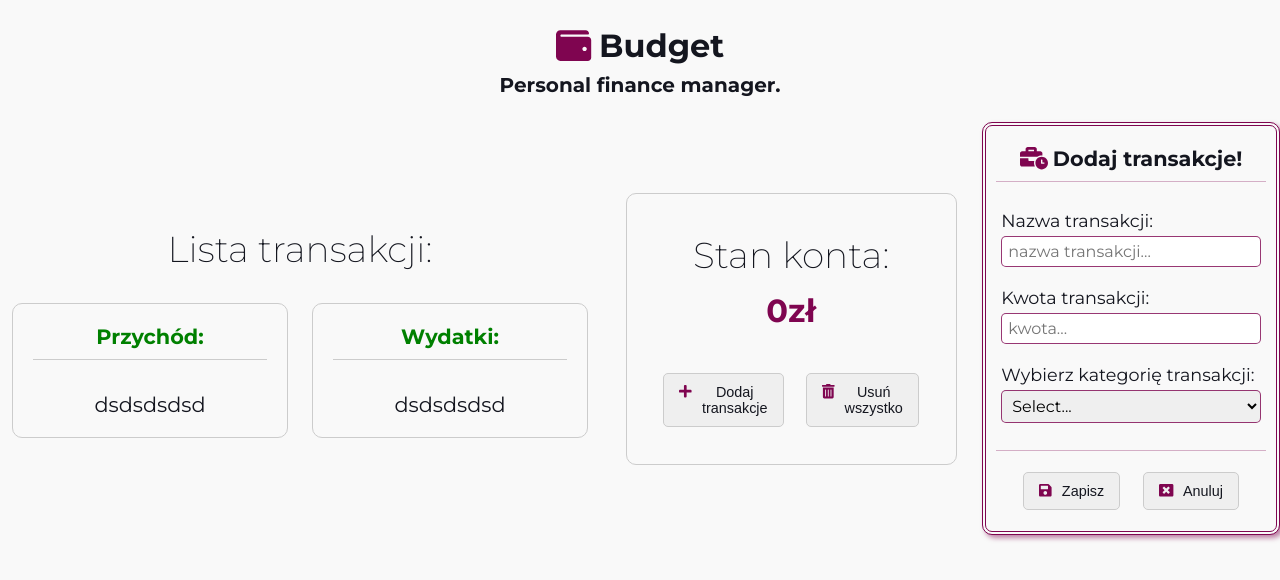
Repository: KrzysKolo/sr_tydzien4_zad4
Page: /
An editor plug-in stored every save of this project. The page is shown before and after the next save, followed by the edit.
The browser window is 1280 px wide. The pictures show the whole page.
Some web libraries are served in a nearby version. The project was rebuilt for these pictures with package versions that can differ from the ones it lists, and the page was loaded fresh each time. Also part of the build but not shown: src/components/budgetComponents/formComponents/ErrorMessage.js.

Above is the page before, as saved 2020-12-03 17:15:19.

### public/index.html
<!DOCTYPE html>
<html lang="en">
  <head>
    <meta charset="utf-8" />
    <link rel="icon" href="%PUBLIC_URL%/favicon.ico" />
    <meta name="viewport" content="width=device-width, initial-scale=1" />
    <meta name="theme-color" content="#000000" />
    <meta
      name="description"
      content="Web site created using create-react-app"
    />
    <link rel="apple-touch-icon" href="%PUBLIC_URL%/logo192.png" />
    <!--
      manifest.json provides metadata used when your web app is installed on a
      user's mobile device or desktop. See https://developers.google.com/web/fundamentals/web-app-manifest/
    -->
    <link rel="manifest" href="%PUBLIC_URL%/manifest.json" />
    <!--
      Notice the use of %PUBLIC_URL% in the tags above.
      It will be replaced with the URL of the `public` folder during the build.
      Only files inside the `public` folder can be referenced from the HTML.

      Unlike "/favicon.ico" or "favicon.ico", "%PUBLIC_URL%/favicon.ico" will
      work correctly both with client-side routing and a non-root public URL.
      Learn how to configure a non-root public URL by running `npm run build`.
    -->
    <link
      href="https://fonts.googleapis.com/css?family=Montserrat:200,400,700&display=swap&subset=latin-ext"
      rel="stylesheet"
    />
    <script
      src="https://kit.fontawesome.com/327a0d490c.js"
      crossorigin="anonymous"
    ></script>
    <title>Budget</title>
  </head>
  <body>
    <noscript>You need to enable JavaScript to run this app.</noscript>
    <div id="root"></div>
    <!--
      This HTML file is a template.
      If you open it directly in the browser, you will see an empty page.

      You can add webfonts, meta tags, or analytics to this file.
      The build step will place the bundled scripts into the <body> tag.

      To begin the development, run `npm start` or `yarn start`.
      To create a production bundle, use `npm run build` or `yarn build`.
    -->
  </body>
</html>

### src/App.js
import React from 'react';
import Budget from './components/Budget'

const App = () => {
  return (
    <>
      <Budget/>
    </>
  )
}

export default App;

### src/components/Budget.js
import React from 'react';
import Header from './budgetComponents/Header';
import Section from './budgetComponents/Section';
import SectionInfo from './budgetComponents/SectionInfo';
import H2 from './budgetComponents/sectionComponents/H2';
import styled, { createGlobalStyle } from 'styled-components';

const GlobalStyle = createGlobalStyle`
    * {
        padding: 0;
        margin: 0;
        box-sizing: border-box;
    }
    body {
        background-color: #f9f9f9;
        color: #14161f;
        font-family: "Montserrat", sans-serif;
        font-size: 16px;
        min-height: 100vh;
    }
    `;
const Container = styled.main`
    font-size: 1.5rem;
`;
const SectionContainer = styled.section`
    display: flex;
    flex-direction: row;
    justify-content: center;
    align-items: center;
`;
const SectionBudget = styled.section`
    display: flex;
    flex-direction: column;
    justify-content: center;
    align-items: center;
`;
const DivItems = styled.div`
    display: flex;
    flex-direction: row;
    justify-content: center;
    align-items: center;

`;
const Budget = () => {
    return (
        <>
            <GlobalStyle />
            <Container>
                <Header />
                <SectionContainer>
                    <SectionBudget>
                        <H2 title={"Lista transakcji"} />
                        <DivItems>
                            <Section title={"Przychód"} label={"p"}/>
                            <Section title={"Wydatki"}/>
                        </DivItems>
                    </SectionBudget>
                    <SectionInfo title={"Stan konta"}/>
                </SectionContainer>
            </Container>

        </>
    )
}

export default Budget;

### src/components/budgetComponents/Header.js
import React from 'react';
import styled from 'styled-components';
import { FontAwesomeIcon } from '@fortawesome/react-fontawesome';
import { faWallet } from '@fortawesome/free-solid-svg-icons';

const SectionHeader = styled.header`
    align-items: center;
    color: rgb(127, 5, 80);
    display: flex;
    font-size: 2.2rem;
    flex-direction: column;
    justify-content: center;
    padding: 2%;
`;
const DivHeader = styled.div`
    align-items: center;
    display: flex;
    flex-direction: row;
    justify-content: center;
    margin-bottom: 0.5rem;
`;
const H1Header = styled.h1`
    color: #14161f;
    font-size: 2rem;
    margin-left: .5rem;
`;
const H2Header = styled.h2`
    color: #14161f;
    font-size: 1.25rem;
`;
const Header = () => {
    return (
        <SectionHeader>
            <DivHeader>
                <FontAwesomeIcon icon={faWallet}/>
                <H1Header>Budget</H1Header>
            </DivHeader>
            <H2Header>Personal finance manager.</H2Header>
        </SectionHeader>
    )
}

export default Header;

### src/components/budgetComponents/Section.js
import React from 'react';
import { H1 }from './sectionComponents/index';
import styled from 'styled-components';

const SectionWrapper = styled.section`
    border: 1px solid #ccc;
    border-radius: 10px;
    display: flex;
    flex-direction: column;
    font-size: 1.3rem;
    justify-content: center;
    align-items: center;
    margin: 2%;
    padding: 20px;
    width: 300px;
`;
const Section = ({ title, label }) => {
    return (
        <SectionWrapper>
           <H1 title={title} label={label}> </H1>
           <p>dsdsdsdsd</p>
        </SectionWrapper>
    )
}

export default Section;

### src/components/budgetComponents/SectionInfo.js
import React, { useState } from 'react';
import { H2, P } from './sectionComponents/index';
import Form from './Form';
import Button from './../budgetComponents/buttons/Button';
import styled from 'styled-components';
import { faPlus,  faTrashAlt } from '@fortawesome/free-solid-svg-icons';
const SectionWrapper = styled.section`
    border: 1px solid #ccc;
    border-radius: 10px;
    display: flex;
    flex-direction: column;
    margin: 2vw;
    padding: 2%;
`;
const ButtonWrapper = styled.div`
    display: flex;
    flex-direction: row;
`;

const SectionInfo = ({ title }) => {
    const [showForm, setShowForm] = useState(false);
    const openForm = () =>{
    setShowForm(true);
  };
    return (
        <>
        <SectionWrapper>
           <H2 title={title}> </H2>
           <P />
           <ButtonWrapper>
                <Button title="Dodaj transakcje" icons={faPlus} type="submit" onClick={openForm}/>
                <Button title="Usuń wszystko" icons={faTrashAlt} type="submit"/>
           </ButtonWrapper>

        </SectionWrapper>
        <Form showForm={showForm} setShowForm={setShowForm} />
        </>
    )
}

export default SectionInfo;

### src/components/budgetComponents/sectionComponents/H2.js
import React from 'react'
import styled from 'styled-components';

const TitleH2 = styled.h2`
    font-weight: 200;
    margin: 2% auto;
    padding: 0.5rem;
`;

const H2 = ({title}) => {
    return (
        <TitleH2>
            {title}:
        </TitleH2>
    )
}

export default H2;

### src/components/budgetComponents/sectionComponents/index.js
export { default as H1 } from './H1';
export { default as H2 } from './H2';
export { default as P } from './P';

### src/components/budgetComponents/Form.js
import React, { useState } from 'react';
import { Header, Input, Select } from './formComponents/';
import Button from './buttons/Button';
import styled from 'styled-components';
import SelectOptions from './../data/SelectOptions';
import { faBusinessTime, faSave, faWindowClose } from '@fortawesome/free-solid-svg-icons';
import { useFormik } from 'formik';
import * as yup from 'yup';

const FormWrapper = styled.form`

    background-color: #f9f9f9;
    border: 4px double rgb(127, 5, 80);
    border-radius: 10px;
    box-shadow: 3px 3px 5px rgba(127, 5, 80, 0.5);
    color: rgb(127, 5, 80);
    margin: 0 auto;
    padding: 10px;
    width: 30vw;
`;
const ButtonWrapper = styled.div`
    display: flex;
    flex-direction: row;
    justify-content: center;
    border-top: 1px solid rgba(127, 5, 80, 0.3);
    padding-top: 10px;
    margin-top: 1.4rem;
`;

const FormData = ({ showForm }) => {
    const initialValues  = {
        name: '',
        amount: '',
        category: -1,
    };
    const validationSchema = yup.object({
        name: yup.string().required("Required").min(3, "Musi być min 3 znaki").max(50,"Moze być max 50 znaków"),
        amount: yup.number().required("Required").min(1, "Musi być conajmniej 1 cyfra"),
        category: yup.number().required("Musi być wybrane").min(0, ).max(5),
    })
    const onSubmit = ( values, {resetForm} ) => {
        console.log('Form data', values);
        setShowMessage(true);
        resetForm();
    };
    const [ showMessage, setShowMessage ] = useState(false);
    const formik = useFormik({
        initialValues,
        validationSchema,
        onSubmit,
    });
    return (
        <>
        <FormWrapper onSubmit={formik.handleSubmit}>
            <Header icons={faBusinessTime} title={"Dodaj transakcje!"} />
            <Input type="text" label="Nazwa transakcji" name="name" placeholder="nazwa transakcji..." onChange={formik.handleChange} value={formik.values.name} onBlur={formik.handleBlur} error={formik.errors.name} message={formik.errors.name} touched={formik.touched.name} />
            <Input type="text" label="Kwota transakcji" name="amount" placeholder="kwota..." onChange={formik.handleChange} value={formik.values.amount} onBlur={formik.handleBlur} error={formik.errors.amount} message={formik.errors.amount} touched={formik.touched.amount}/>
            <Select options={SelectOptions} label="Wybierz kategorię transakcji" name="category" onChange={formik.handleChange} value={formik.values.category} onBlur={formik.handleBlur} error={formik.errors.category} message={formik.errors.category} touched={formik.touched.category}/>
            <ButtonWrapper>
                <Button type="save" title="Zapisz" icons={faSave}/>
                <Button title="Anuluj" icons={faWindowClose} type="cancel" />
            </ButtonWrapper>
        </FormWrapper>

        </>
    )
}

export default FormData;

### src/components/budgetComponents/buttons/Button.js
import React from 'react';
import styled from 'styled-components';
import { FontAwesomeIcon } from '@fortawesome/react-fontawesome';

const ButtonDiv = styled.button`
    border: 1px solid #ccc;
    border-radius: 5px;
    margin: 0.7rem;
    padding: 10px 15px;
    display: flex;
    flex-direction: row;
    color: rgb(127, 5, 80);
    font-size: 0.9rem;
    cursor: pointer;
    transition: 0.3s ease-in-out;
    &:hover {
        border: 1px solid rgba(127, 5, 80, 0.4);
        background-color:  #f9f9f9;
        color: rgba(127, 5, 80, 0.5);
    }
`;
const ButtonTitleDiv = styled.div`
    margin-left: 10px;
    color: #14161f;
`;
const Button = ({ title, icons }) => {
    return (
        <ButtonDiv>
            <FontAwesomeIcon icon={icons} />
            <ButtonTitleDiv>{title}</ButtonTitleDiv>
        </ButtonDiv>
    )
}

export default Button;

### src/components/budgetComponents/sectionComponents/H1.js
import React from 'react'
import styled from 'styled-components';

const TitleH1 = styled.h1`
    border-bottom: 1px solid #ccc;
    color: ${label => label ? 'green' : 'red'};
    margin-bottom: 2rem;
    padding-bottom: 10px;
    display: block;
    width: 100%;
    text-align: center;
`;

const H1 = ({title, label}) => {
    return (
        <TitleH1>
            {title}:
        </TitleH1>
    )
}

export default H1;

### src/components/budgetComponents/sectionComponents/P.js
import React from 'react';
import styled from 'styled-components';

const InfoP = styled.p`
    color: rgb(127, 5, 80);
    font-size: 2rem;
    font-weight: bold;
    width: 100%auto;
    text-align: center;
    padding-bottom: 2rem;
`;

const P = () => {
    return (
        <InfoP>
            0zł
        </InfoP>
    )
}

export default P;

### src/components/budgetComponents/formComponents/index.js
export { default as Header } from './Header';
export { default as Input } from './Input';
export { default as ErrorMessage } from './ErrorMessage';
export { default as Select } from './Select';

### src/components/data/SelectOptions.js
const SelectOptions=[
    { id: -1, value: "-1", label:"", title: 'Select...' },
    { id: 0, value: "0", label:"[+]", title: 'Przychód' },
    { id: 1, value: "1", label:"[-]", title: 'Rachunki' },
    { id: 2, value: "2", label:"[-]", title: 'Sport' },
    { id: 3, value: "3", label:"[-]", title: 'Wyżywienie' },
    { id: 4, value: "4", label:"[-]", title: 'Kultura' },
    { id: 5, value: "5", label:"[-]", title: 'Wypoczynek' },
];
export default SelectOptions;

### src/components/budgetComponents/formComponents/Header.js
import React from 'react';
import styled from 'styled-components';
import { FontAwesomeIcon } from '@fortawesome/react-fontawesome';

const TitleH1 = styled.h1`
    border-bottom: 1px solid rgba(127, 5, 80, 0.3);
    display: flex;
    flex-direction: row;
    justify-content: center;
    align-items: center;
    font-size: 1.4rem;
    padding: 10px;
    text-align: center;
    margin-bottom: 1.4rem;
`;
const TitleDiv = styled.div`
    color: #14161f;
    font-family: "Montserrat", sans-serif;
    font-size: 1.3rem;
    font-weight: 600;
    margin-left: 5px;
`;
const Header = ({ title, icons } ) => {
    return (
        <TitleH1>
            <FontAwesomeIcon icon={icons}/>
            <TitleDiv>{title}</TitleDiv>
        </TitleH1>
    )
}

export default Header;

### src/components/budgetComponents/formComponents/Input.js
import React from 'react';
import styled from 'styled-components';
import ErrorMessage from './ErrorMessage';

const InputWrapper = styled.div`
    display: flex;
    flex-direction: column;
    justify-content: flex-start;
    color: #14161f;
    font-family: "Montserrat", sans-serif;
    padding: 5px;
    margin: 10px 0;
`;
const InputLabel = styled.label`
    padding-bottom: 5px;
    font-size: 1.1rem;
`;
const inputStyles = (error) => `
    padding: 5px 6px;
    border: 1px solid ${error ? '#d3170d' : 'rgba(127, 5, 80, 0.8)'};
    border-radius: 5px;
    font-family: inherit;
    font-size: 1rem;
`;
const InputContainer = styled.input`
    ${props => inputStyles(props.error && props.touched)}
`;
const Input = (props) => {
    const { label, name, message, error, touched} = props;
    return (
        <InputWrapper>
                <InputLabel htmlFor={name}>{label}:</InputLabel>
                <InputContainer {...props} id={name} />
                { error && touched && <ErrorMessage message={message}/>}
        </InputWrapper>
    )
}

export default Input;

### src/components/budgetComponents/formComponents/Select.js
import React from 'react';
import styled from 'styled-components';
import ErrorMessage from './ErrorMessage';

const SelectWrapper = styled.div`
    display: flex;
    flex-direction: column;
    justify-content: flex-start;
    color: #14161f;
    font-family: "Montserrat", sans-serif;
    padding: 5px;
    margin: 10px 0;
`;
const SelectLabel = styled.label`
    padding-bottom: 5px;
    font-size: 1.1rem;
`;
const selectStyles = (error) => `
    padding: 5px 6px;
    border: 1px solid ${error ? '#d3170d' : 'rgba(127, 5, 80, 0.8)'};
    border-radius: 5px;
    font-family: inherit;
    font-size: 1rem;
`;
const SelectContainer = styled.select`
    ${props => selectStyles(props.error && props.touched)}
`;

const Select = (props) => {
    const { label, name, options, error, message, touched } = props;
    return (
            <SelectWrapper>
                <SelectLabel>{label}:</SelectLabel>
                <SelectContainer {...props} id={name}>
                    {options.map(option => {
                        return (
                            <option key={option.id} value={option.value}>{option.label} {option.title}</option>
                        )
                    })}
                </SelectContainer>
                { error && touched && <ErrorMessage message={message} />}
            </SelectWrapper>
    )
}

export default Select;

Loaded but not shown: src/index.js (common file); src/index.css (common file)

After the next save:
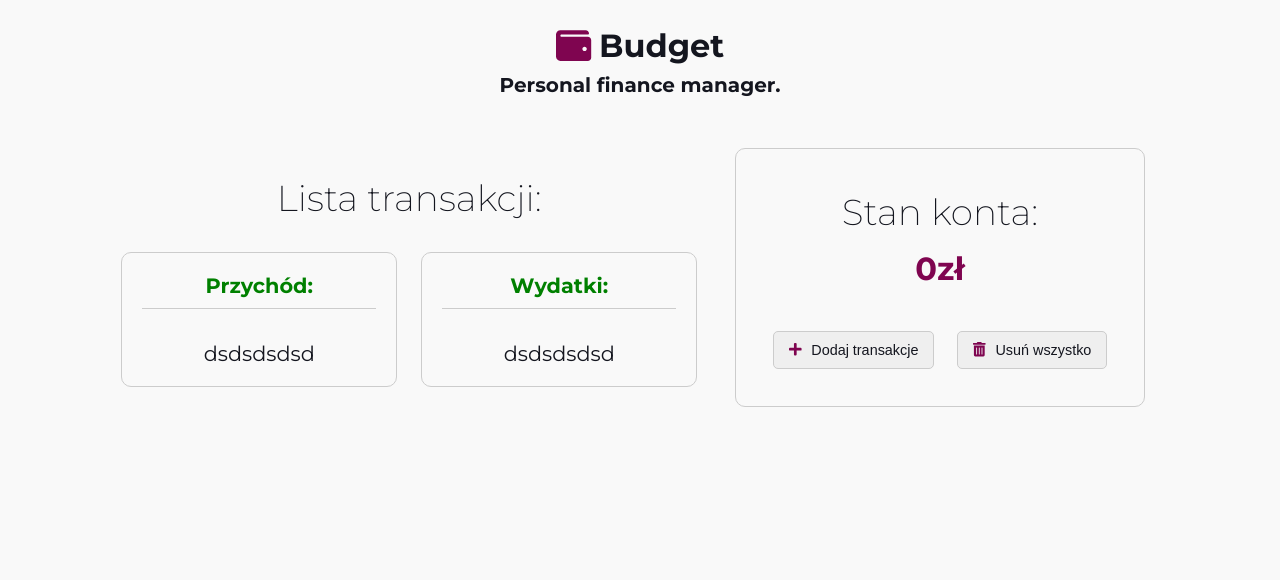
Saved 31 s later.
--- a/src/components/budgetComponents/Form.js
+++ b/src/components/budgetComponents/Form.js
@@ -51,6 +51,7 @@ const FormData = ({ showForm }) => {
     });
     return (
         <>
+        { showForm &&
         <FormWrapper onSubmit={formik.handleSubmit}>
             <Header icons={faBusinessTime} title={"Dodaj transakcje!"} />
             <Input type="text" label="Nazwa transakcji" name="name" placeholder="nazwa transakcji..." onChange={formik.handleChange} value={formik.values.name} onBlur={formik.handleBlur} error={formik.errors.name} message={formik.errors.name} touched={formik.touched.name} />
@@ -61,7 +62,7 @@ const FormData = ({ showForm }) => {
                 <Button title="Anuluj" icons={faWindowClose} type="cancel" />
             </ButtonWrapper>
         </FormWrapper>
-
+        }
         </>
     )
 }

After the 6 saves that followed:
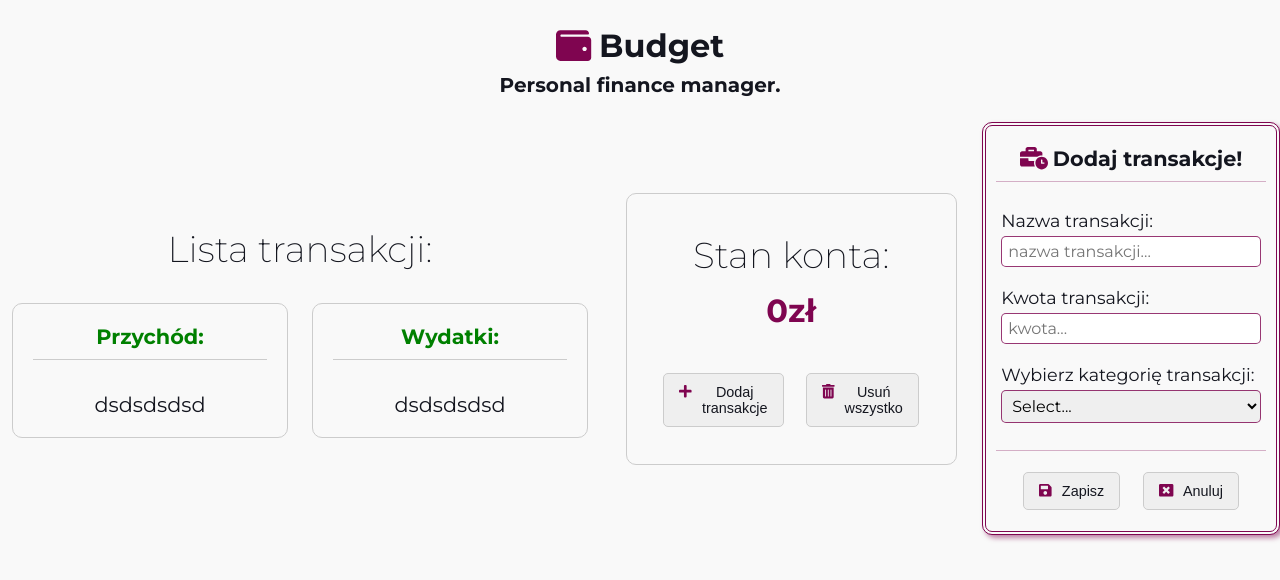
The 6 saves are shown as one change because 2 did not build or start and 3 left the picture as it was.
The last was saved 6 min 44 s later.
--- a/src/components/budgetComponents/SectionInfo.js
+++ b/src/components/budgetComponents/SectionInfo.js
@@ -18,9 +18,9 @@ const ButtonWrapper = styled.div`
 `;
 
 const SectionInfo = ({ title }) => {
-    const [showForm, setShowForm] = useState(false);
+    const [showForm, setShowForm] = useState(true);
     const openForm = () =>{
-    setShowForm(true);
+    setShowForm(prev => !prev);
   };
     return (
         <>
@@ -28,7 +28,7 @@ const SectionInfo = ({ title }) => {
            <H2 title={title}> </H2>
            <P />
            <ButtonWrapper>
-                <Button title="Dodaj transakcje" icons={faPlus} type="submit" onClick={openForm}/>
+                <Button title="Dodaj transakcje" icons={faPlus} onClick={openForm}/>
                 <Button title="Usuń wszystko" icons={faTrashAlt} type="submit"/>
            </ButtonWrapper>
 
